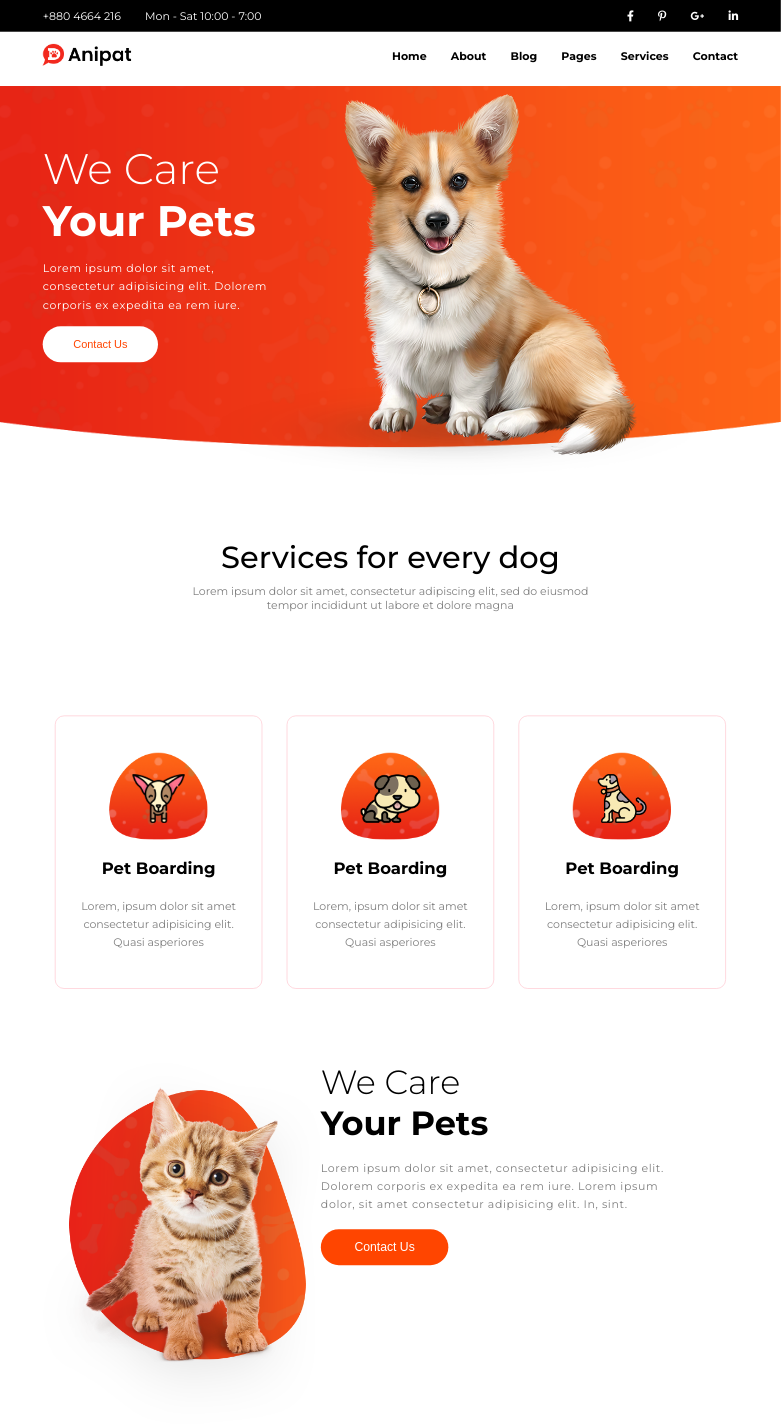
Repository: giahuy405/Day_2_Anipat
Page: index.html
The author's editor kept a copy of each file at every save. The page is drawn from the files as they stood at one save, then again after the next save.
The browser window is 1280 px wide. The pictures show the whole page, at 61% of full size.

Above is the page before, as saved 2022-09-08 23:36:56.

After the next save:
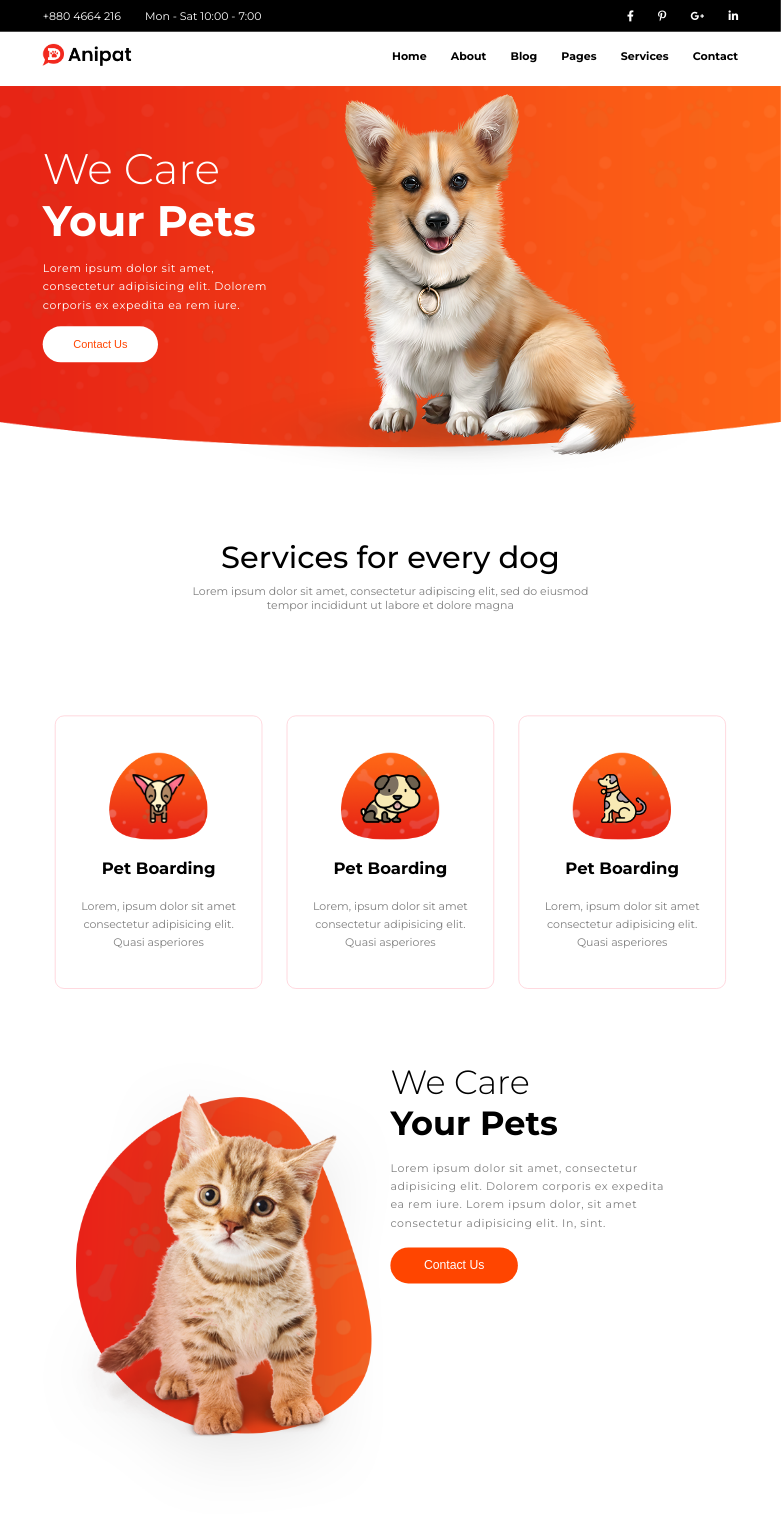
Saved 13 s later.
--- a/css/index.css
+++ b/css/index.css
@@ -168,11 +168,11 @@
 }
 .netcare__cat{
     float: left;
-    width: 40%;
+    width: 50%;
 }
 .netcare__content{
     float: left;
-    width: 60%;
+    width: 50%;
     padding-right: 100px;
 }
 .netcare__cat img{

After the save that followed:
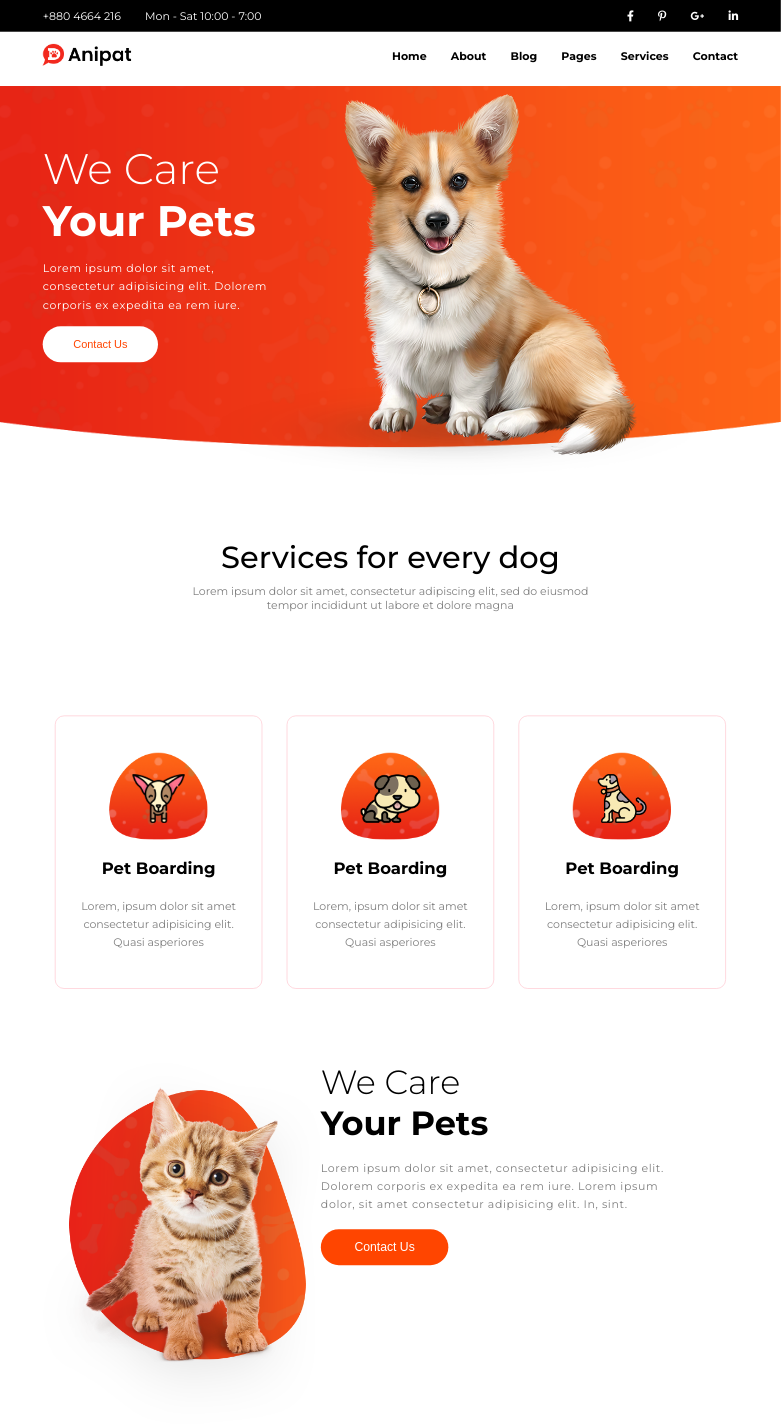
Saved 9 s later.
--- a/css/index.css
+++ b/css/index.css
@@ -168,11 +168,11 @@
 }
 .netcare__cat{
     float: left;
-    width: 50%;
+    width: 40%;
 }
 .netcare__content{
     float: left;
-    width: 50%;
+    width: 60%;
     padding-right: 100px;
 }
 .netcare__cat img{
